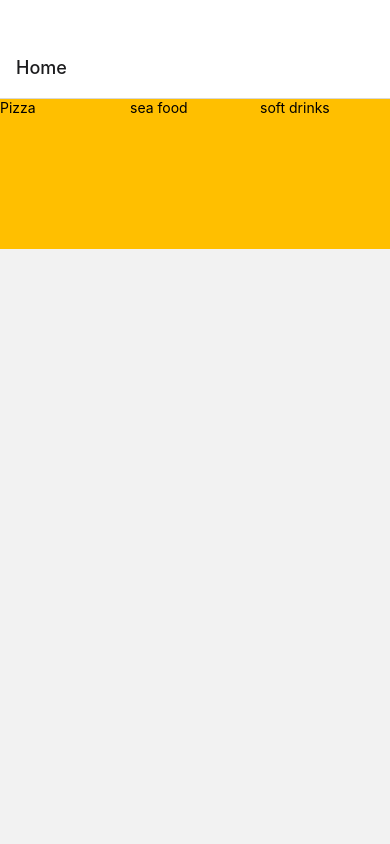
Repository: Esraa22M/ReactNative
Screen: /
The author's editor kept a copy of each file at every save. The screen is drawn from the files as they stood at one save, then again after the next save.
The app was drawn by React Native's web renderer in a window 390 px wide. The project was rebuilt for these pictures with package versions that can differ from the ones it lists, and the page was loaded fresh each time. Also part of the build but not shown: src/components/header/header.component.js, src/colors/front-screen-colors/user-auth-colors.js, src/components/header/header.styles.js, src/components/textInput/textInput.styles.js, src/components/textInput/textInput.components.jsx, src/components/singup-form-body/singup-form-body.components.js, src/screens/front-screen/Singup/singup-screen.screens.jsx, src/authentication/api/login-info.js and 2 more.

Above is the screen before, as saved 2023-09-21 00:27:47.

After the next save:
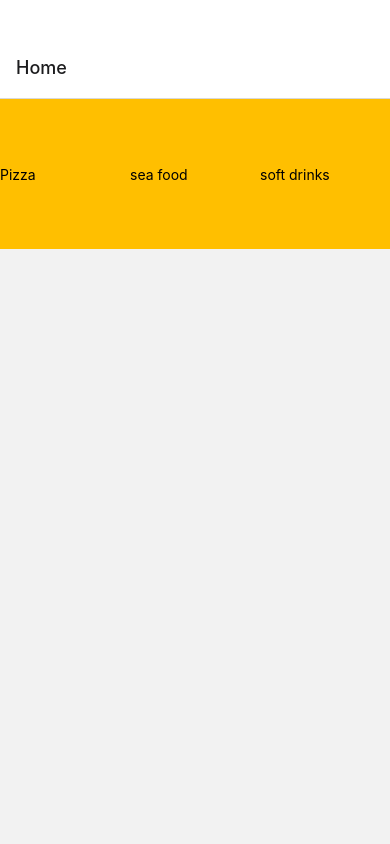
Saved 12 s later.
--- a/src/components/categories/category-item.components.js
+++ b/src/components/categories/category-item.components.js
@@ -10,5 +10,10 @@ export const CategoryItem = ({ item }) => {
   );
 };
 const styles = StyleSheet.create({
-  container: { backgroundColor: "#FFBF00", flex: 1, height: 150 },
+  container: {
+    backgroundColor: "#FFBF00",
+    flex: 1,
+    height: 150,
+    justifyContent: "center",
+  },
 });
